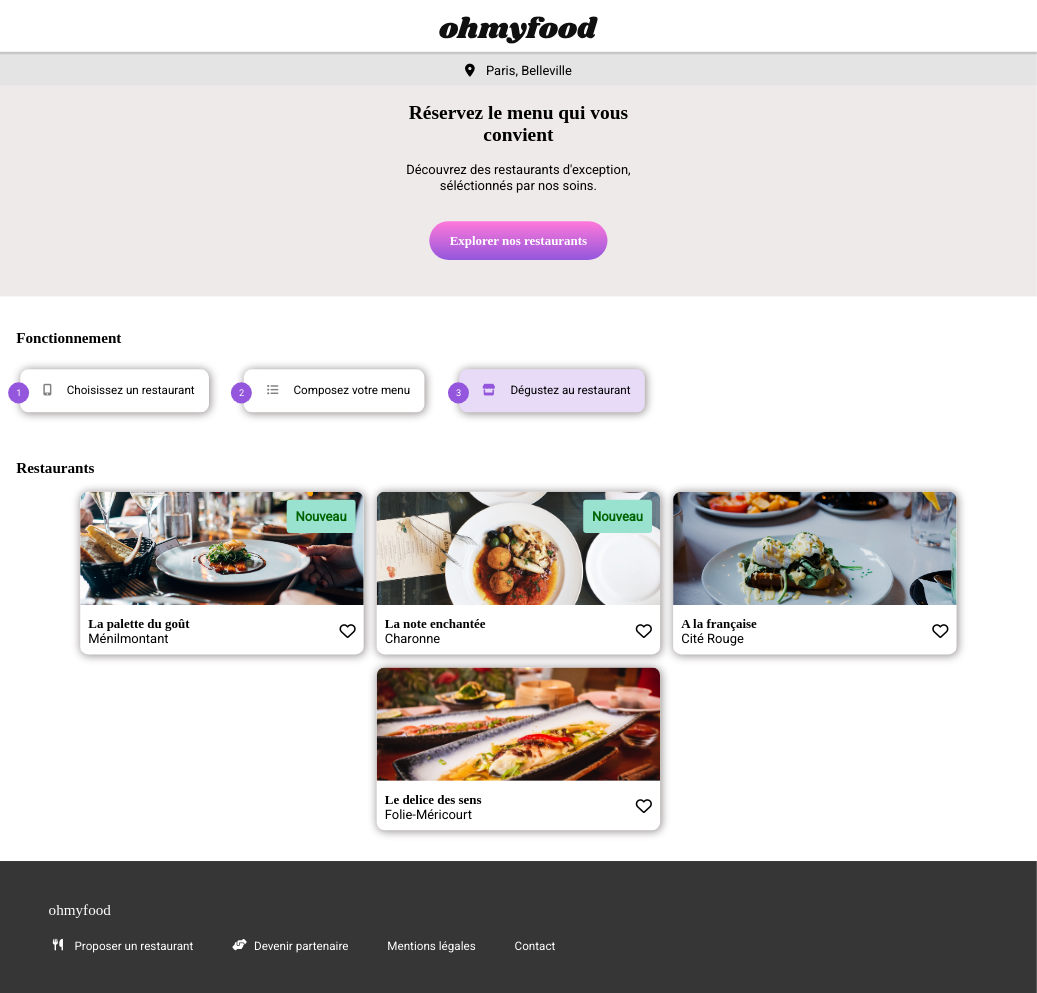
Repository: Micka-17/boimickael_3_16042021
Page: index.html
The author's editor kept a copy of each file at every save. The page is drawn from the files as they stood at one save, then again after the next save.
The browser window is 1280 px wide. The pictures show the whole page, at 81% of full size.
Some web fonts or font styles are not loaded; a fallback is used. Some web libraries are served in a nearby version. The style sheet was rebuilt from its Sass, Less or Tailwind sources for each picture, by a compiler version that may differ from the author's.

Above is the page before, as saved 2021-05-25 08:45:26.

After the next save:
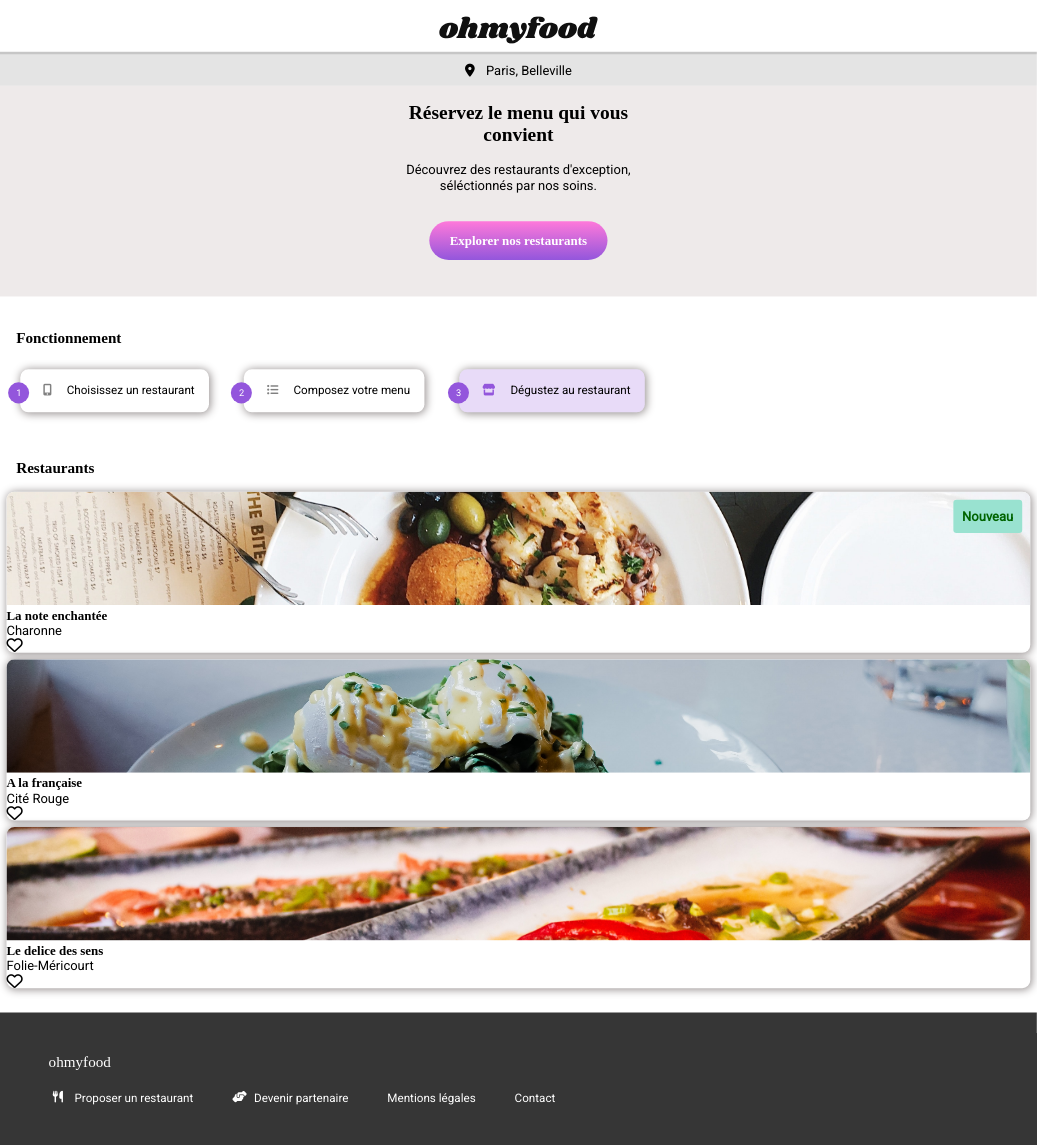
Saved 109 s later.
--- a/index.html
+++ b/index.html
@@ -43,21 +43,7 @@
     <section id="sec-3">
         <h3 class="h3s">Restaurants</h3>
         <div class="choice">
-            <a href="pages/la_palette_du_gout.html">
-            <div class="card">
-                <p class="nouveau">Nouveau</p>
-                <img id="new" class="imga" src="images/restaurants/la_palette_du_gout.jpg" alt="la_palette_du_gout">
-                <div class="resto">
-                    <div>
-                        <h4>La palette du goût</h4>
-                        <p>Ménilmontant</p>
-                    </div>
-                    <div class="loveclcik">
-                        <i class="far fa-heart love fa-lg"></i>
-                        <i class="fas fa-heart loves3"></i>
-                    </div>
-                </div>
-            </a>
+
             </div>
             <a href="pages/la_note_enchantee.html">
             <div class="card">

After the 2 saves that followed:
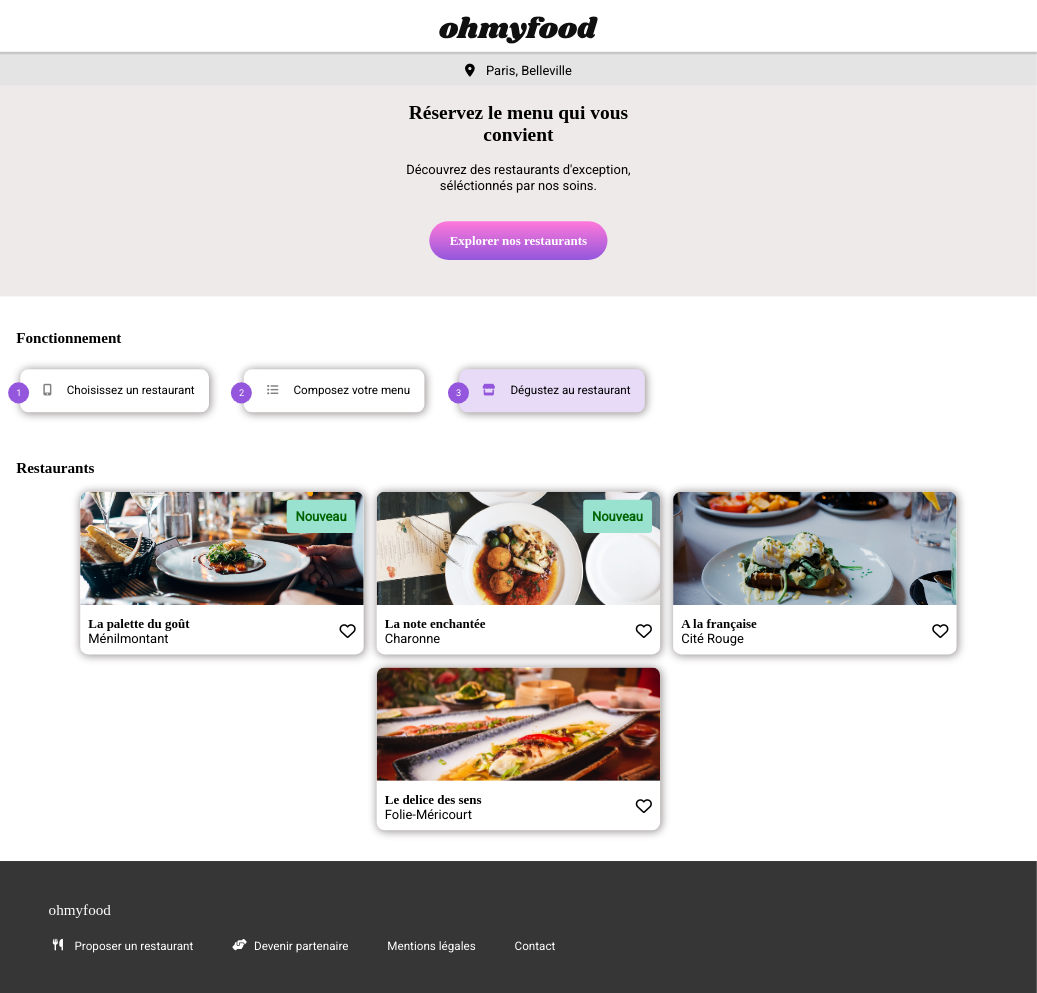
The 2 saves are shown as one change because 1 left the picture as it was.
The last was saved 10 s later.
--- a/index.html
+++ b/index.html
@@ -43,7 +43,21 @@
     <section id="sec-3">
         <h3 class="h3s">Restaurants</h3>
         <div class="choice">
-
+            <a href="pages/la_palette_du_gout.html">
+            <div class="card">
+                <p class="nouveau">Nouveau</p>
+                <img id="new" class="imga" src="images/restaurants/la_palette_du_gout.jpg" alt="la_palette_du_gout">
+                <div class="resto">
+                    <div>
+                        <h4>La palette du goût</h4>
+                        <p>Ménilmontant</p>
+                    </div>
+                    <div class="loveclcik">
+                        <i class="far fa-heart love fa-lg"></i>
+                        <i class="fas fa-heart loves3"></i>
+                    </div>
+                </div>
+            </a>
             </div>
             <a href="pages/la_note_enchantee.html">
             <div class="card">
